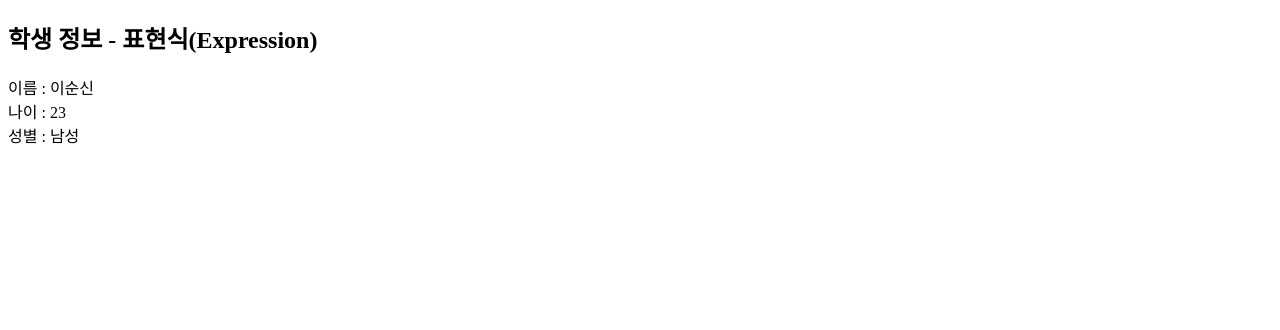
Repository: lopanghub/git_study
Page: http://localhost/JSPClassCh03/studentInfo.jsp
An editor plug-in stored every save of this project. The page is shown before and after the next save, followed by the edit.
The browser window is 1280 px wide. The pictures show the whole page.
The page is served by Tomcat 9.

Above is the page before, as saved 2024-04-02 06:23:32.

After the next save:
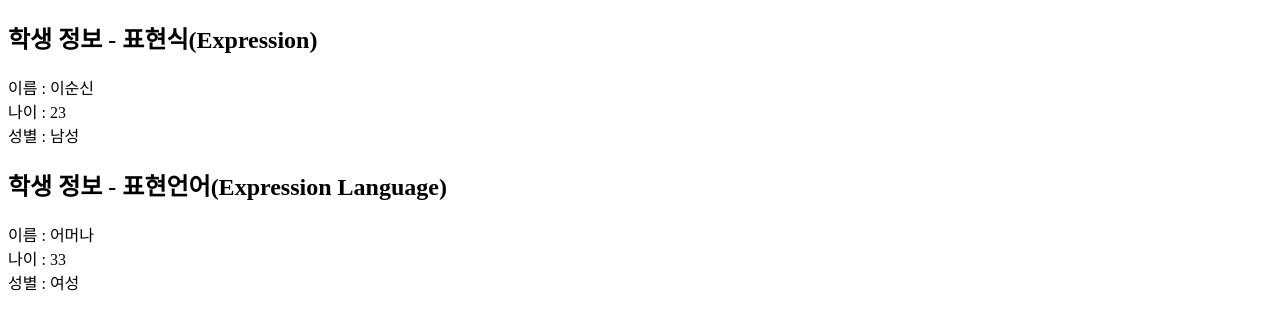
Saved 16 min 41 s later.
--- a/JSPStudy/JSPClassCh03/src/main/webapp/studentInfoResult.jsp
+++ b/JSPStudy/JSPClassCh03/src/main/webapp/studentInfoResult.jsp
@@ -17,5 +17,10 @@
 	나이 : <%=s1.getAge() %><br>
 	성별 : <%=s1.getGender() %>
 
+	<h2>학생 정보 - 표현언어(Expression Language)</h2>
+	이름 : ${s2.name }<br>
+	나이 : ${s2.age}<br>
+	성별 : ${s2.gender}<br>
+
 </body>
 </html>
